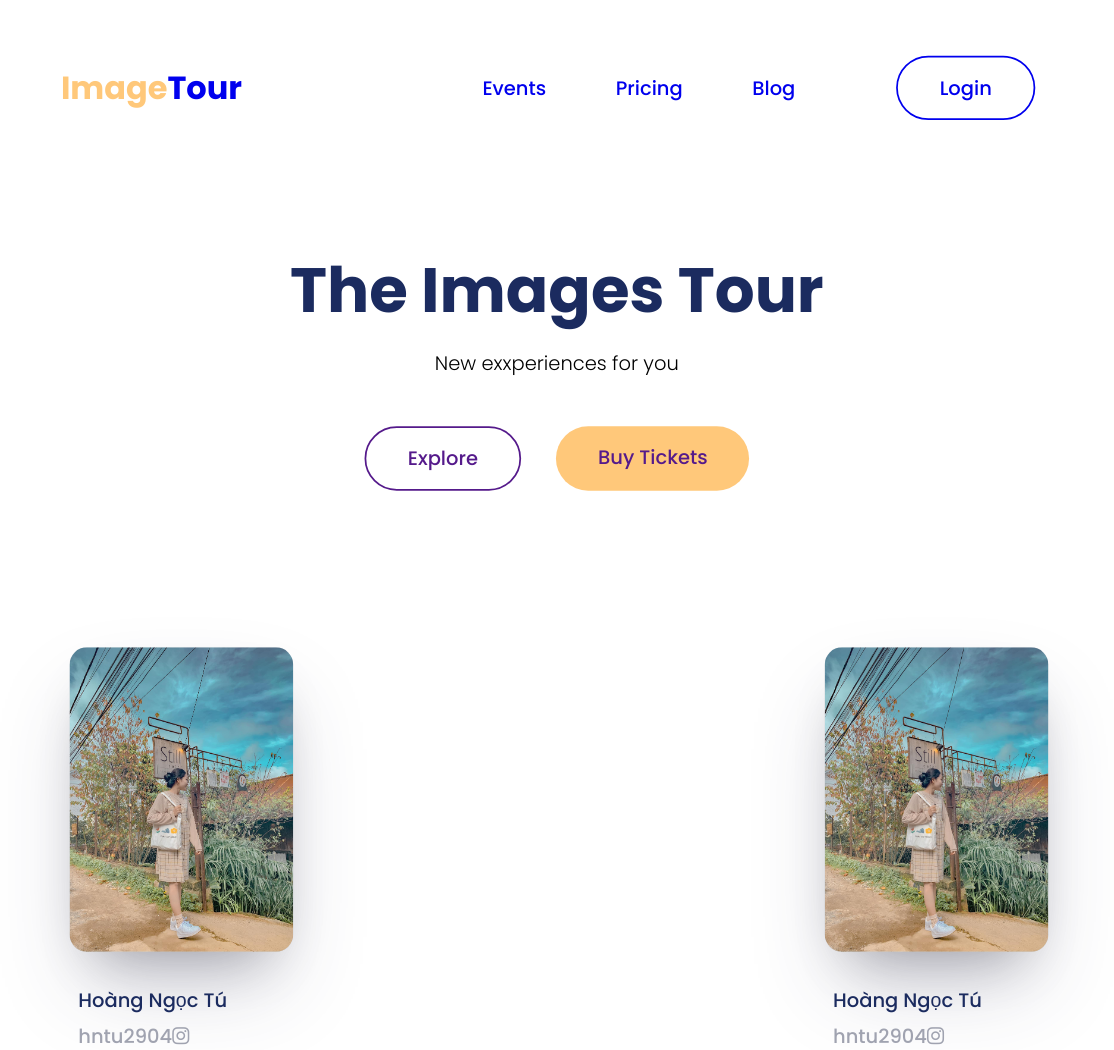
Repository: lausamtuong/Cut-psd-to-html
Page: index.html
The author's editor kept a copy of each file at every save. The page is drawn from the files as they stood at one save, then again after a run of saves.
The browser window is 1280 px wide. The pictures show the whole page, at 87% of full size.
Some web libraries are served in a nearby version. The style sheet was rebuilt from its Sass, Less or Tailwind sources for each picture, by a compiler version that may differ from the author's.

Above is the page before, as saved 2021-12-07 08:06:47.

After the next 2 saves:
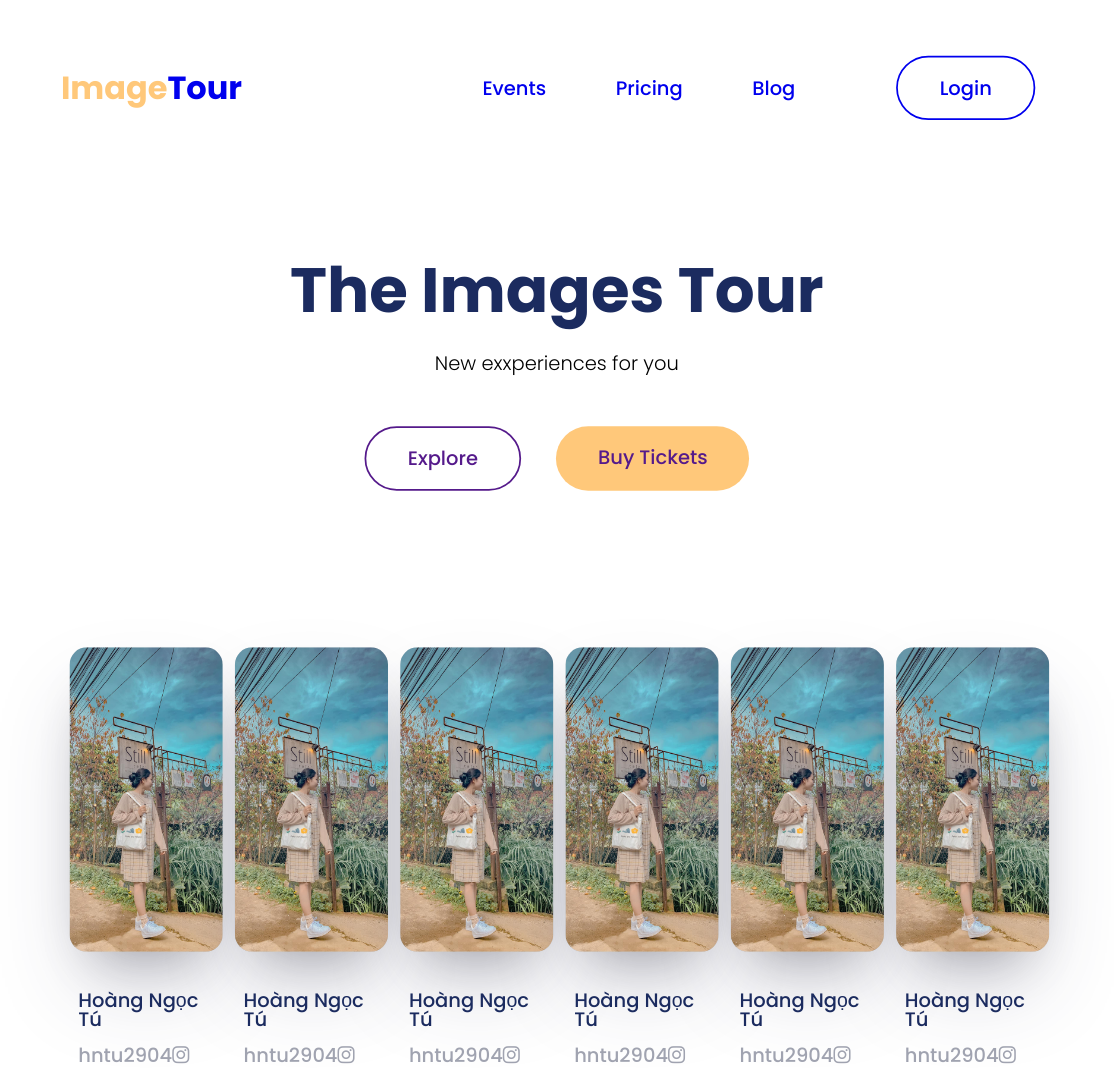
The 2 saves are shown as one change because they came seconds apart.
The last was saved 18 s later.
--- a/app.js
+++ b/app.js
@@ -28,6 +28,11 @@
       return(<React.Fragment>
         <Component img="./img/1.jpg" name="Hoàng Ngọc Tú" ins="hntu2904"/>
         <Component img="./img/1.jpg" name="Hoàng Ngọc Tú" ins="hntu2904"/>
+        <Component img="./img/1.jpg" name="Hoàng Ngọc Tú" ins="hntu2904"/>
+        <Component img="./img/1.jpg" name="Hoàng Ngọc Tú" ins="hntu2904"/>
+        <Component img="./img/1.jpg" name="Hoàng Ngọc Tú" ins="hntu2904"/>
+        <Component img="./img/1.jpg" name="Hoàng Ngọc Tú" ins="hntu2904"/>
+
       </React.Fragment>)
   }
 
